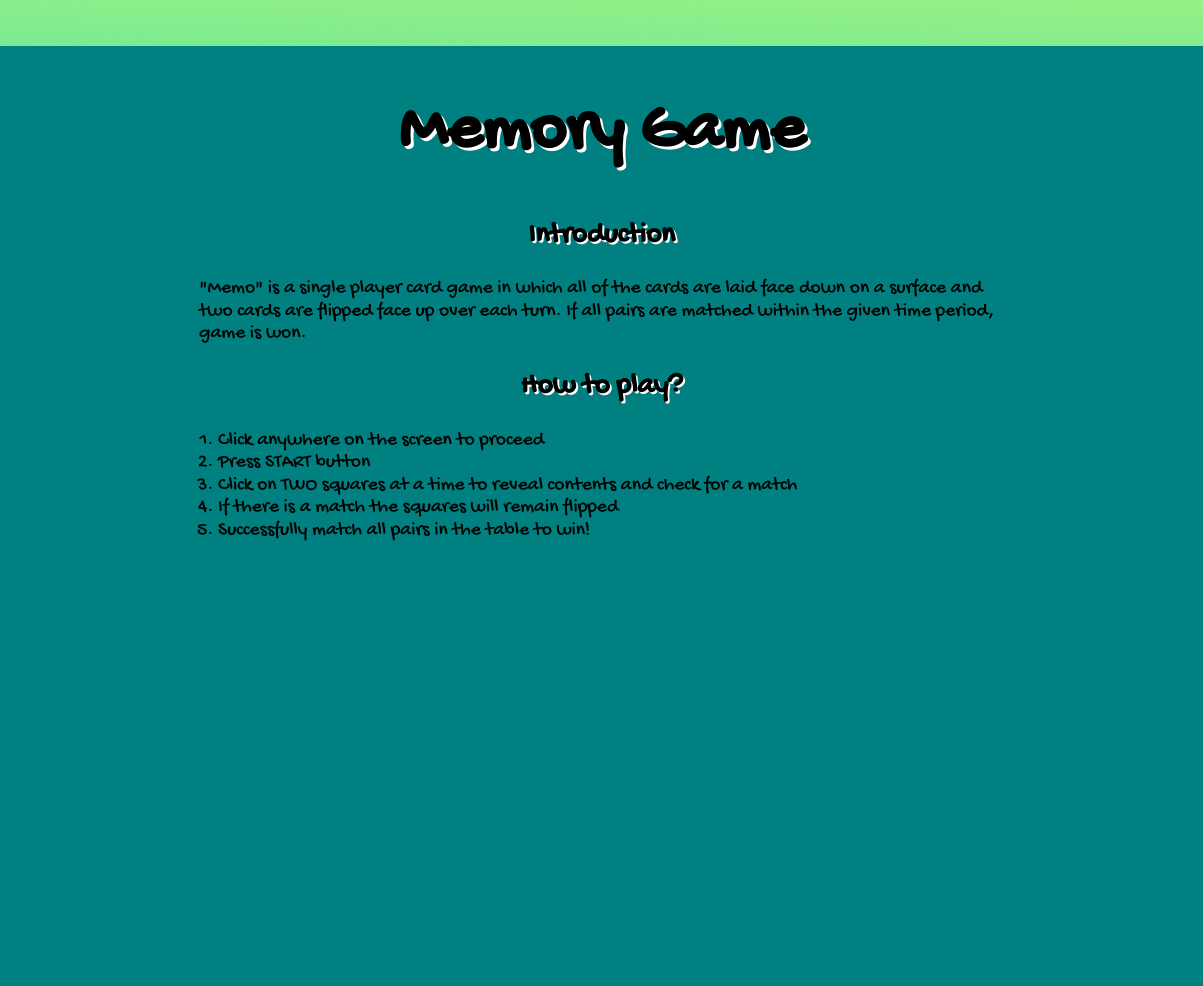
Repository: lauramika/Memory-Game
Page: index.html
The author's editor kept a record of every edit. The page is drawn from the files as they stood at one moment, then again after the next edit.
The browser window is 1280 px wide. The pictures show the whole page, at 94% of full size.

Above is the page before.

### index.html
<!DOCTYPE html>
<html lang = 'en'>
    <head>
        <meta name="viewport" content="width=device-width, initial-scale=1.0">
        <link rel="stylesheet" href="style.css" type="text/css" />
        <title>Memory Game</title>
    </head>
    <body>
        <!--overlay actice when program is loaded,by clicking anywhere on the screen, overlay is hidden-->
         <div id="overlay" onclick="off()">
            <!--Main heading, title-->
            <h1 class="title-game">Memory Game</h1>
            <!--Intro what this game is about-->
            <div id="intro">
                <h2>Introduction</h2>
                    <p>"Memo" is a single player card game in which all of the cards are
                    laid face down on a surface and two cards are flipped face up over
                    each turn. If all pairs are matched within the given time
                    period, game is won.</p>
            </div>
            <!--explanation how to play the game-->
            <div class="how-to-play">
                <h2>How to play?</h2>
                  <ol>
                    <li>Click anywhere on the screen to proceed</li>
                    <li>Press START button</li>
                    <li>Click on TWO squares at a time to reveal contents and check for a match</li>
                    <li>If there is a match the squares will remain flipped </li>
                    <li>Successfully match all pairs in the table to win!</li>
                  </ol>
              </div>
          </div>
          <h1 class="title-game">Memo</h1>
          <!--start, reset and quit buttons-->
        <div class="buttons">
            <button class="start" onclick="shuffle()">Start</button>
            <button class="reset">Reset</button>
            <button class="quit">Quit</button>
        </div>
        <!--Main container that holds all the cards-->
        <div class="main-container">
            <div class= "rules-container">
                <div class="level-container">
                    Flips: <span id="flips">0</span>
                </div>
                <div class="time-container">
                    Time: <span id="time-left">60</span>
                </div>
            </div>
            <!--Cards-->
            <div class="cards">
                <div class="front-face">
                    <img src="images/camera.png">
                </div>
                 <div class="back-face">
                   <img src="images/question.jpg">
                </div>
            </div>

            <div class="cards">
                <div class="front-face">
                    <img src="images/camera.png">
                </div>
                 <div class="back-face">
                   <img src="images/question.jpg">
                </div>
            </div>

            <div class="cards">
                <div class="front-face">
                    <img src="images/bomb.png">
                </div>
                 <div class="back-face">
                   <img src="images/question.jpg">
                </div>
            </div>

            <div class="cards">
                <div class="front-face">
                    <img src="images/bomb.png">
                </div>
                 <div class="back-face">
                   <img src="images/question.jpg">
                </div>
            </div>

            <div class="cards">
                <div class="front-face">
                    <img src="images/garfield.jpg">
                </div>
                 <div class="back-face">
                   <img src="images/question.jpg">
                </div>
            </div>

            <div class="cards">
                <div class="front-face">
                    <img src="images/garfield.jpg">
                </div>
                 <div class="back-face">
                   <img src="images/question.jpg">
                </div>
            </div>

            <div class="cards">
                <div class="front-face">
                    <img src="images/ladybug.jpg">
                </div>
                 <div class="back-face">
                   <img src="images/question.jpg">
                </div>
            </div>

            <div class="cards">
                <div class="front-face">
                    <img src="images/ladybug.jpg">
                </div>
                 <div class="back-face">
                   <img src="images/question.jpg">
                </div>
            </div>

            <div class="cards">
                <div class="front-face">
                    <img src="images/puppy.jpg">
                </div>
                 <div class="back-face">
                   <img src="images/question.jpg">
                </div>
            </div>

            <div class="cards">
                <div class="front-face">
                    <img src="images/puppy.jpg">
                </div>
                 <div class="back-face">
                   <img src="images/question.jpg">
                </div>
            </div>

            <div class="cards">
                <div class="front-face">
                    <img src="images/star.jpg">
                </div>
                 <div class="back-face">
                   <img src="images/question.jpg">
                </div>
            </div>

            <div class="cards">
                <div class="front-face">
                    <img src="images/star.jpg">
                </div>
                 <div class="back-face">
                   <img src="images/question.jpg">
                </div>
            </div>

            <div class="cards">
                <div class="front-face">
                    <img src="images/frog.jpg">
                </div>
                 <div class="back-face">
                   <img src="images/question.jpg">
                </div>
            </div>

            <div class="cards">
                <div class="front-face">
                    <img src="images/frog.jpg">
                </div>
                 <div class="back-face">
                   <img src="images/question.jpg">
                </div>
            </div>
            <div class="cards">

                <div class="front-face">
                    <img src="images/bananas.jpg">
                </div>
                 <div class="back-face">
                   <img src="images/question.jpg">
                </div>
            </div>

            <div class="cards">
                <div class="front-face">
                    <img src="images/bananas.jpg">
                </div>
                 <div class="back-face">
                   <img src="images/question.jpg">
                </div>
            </div>
        </div>
        <script type="text/javascript" src="script.js"></script>
    </body>
</html>

### style.css
/*import google font*/
@import url('https://fonts.googleapis.com/css?family=Gochi+Hand&display=swap');
* {
    box-sizing: border-box;
}
html {
    min-height: 100vh;
}
body {
    margin: 0;
     background-image: url("images/paw-print-941498_1920.jpg");
    font-family: 'Gochi Hand', cursive;
    color: black;
    font-size: 1.3em;

}
h1 {
    text-shadow: 3px 3px white;
}
h2 {
    text-align: center;
    text-shadow: 2px 2px white;
}
p, .times {
    margin: 20px;
}
#intro, .how-to-play{
    margin: auto;
    width: 70%;
}
.title-game {
    color:black;
    text-align: center;
    font-size: 3.5em;
}

.rules-container {
    grid-column: 1 / -1;
    display: flex;
    justify-content: space-between;
}
/*container that holds all the cards*/
.main-container {
    display: grid;
    grid-template-columns: repeat(4, auto);
    grid-gap: 8px;
    justify-content: center;
    margin-bottom: 100px;
    color: black;
    text-shadow: 2px 2px white;
    font-size: 2.1em;

}
/*card styles*/
.cards {
    background-color: white;
    height: 115px;
    width: 115px;
    border-radius: 15px;
    transition: transform .2s;
    border: 1px solid gray;
    position: relative;
    transform-style: preserve-3d;

}
/**************flipping of cards************/
.front-face {
    backface-visibility: hidden;
     transform: rotateY(180deg);
}
.back-face {
    backface-visibility: hidden;
}
.cards:hover {
    transform: scale(1.05);
    transform: rotateY(180deg);
    transition: ease .6s;
}
/*image sizes in desktop view*/
img {
    height: 111px;
    width: 111px;
    border-radius: 15px;
}
/*positioning of images absolute to their parent div*/
.front-face, .back-face {
    position: absolute;
}
.buttons {
    text-align: center;
}
/*start, reset and quit button styles*/
button {
    font-family: 'Gochi Hand', cursive;
    width: 100px;
    font-size: 1em;
    letter-spacing: 2px;
    color: black;
    font-weight: bold;
    text-transform: uppercase;
    background: rgb(199,1,30);
    text-shadow: 1px 1px white;
    padding: 5px 10px;
    border-radius: 30px;
    border: none;
    margin: 5px;
}
button:hover {
   transform: scale(1.1);
   box-shadow: 3px 3px white;
   opacity: 0.9;
}
#overlay {
  height: 1000px;
  display: visible;
  background-color: teal;
  z-index: 10;
  cursor: pointer;
  position: absolute;
}
/****************************TABLET************************/
@media screen and (max-width: 800px) {
  .cards{
      height: 95px;
      width: 95px;
  }
  img {
      height: 91px;
      width: 91px;
  }
  .main-container {
      grid-gap: 4px;
  }
  .title-game {
      font-size: 2.5em;
  }
  .main-container {
      font-size: 1.6em;
  }
  #intro, .how-to-play {
    width: 90%;
  }
}
 /************************PHONE***************************/
@media screen and (max-width: 480px) {
  .cards{
      height: 70px;
      width: 70px;
  }
  img {
      height: 66px;
      width: 66px;
  }
  .main-container {
      grid-gap: 1px;
  }
  .title-game {
      font-size: 2em;
  }
  .main-container {
      font-size: 1.2em;
  }
  button {
    width: 80px;
    font-size: 1em;
    }
  #intro, .how-to-play {
     width: 95%;
    }
}

### script.js
//to shuffle cards when new game starts
/*function shuffle() {

  var tiles = Array.from(document.getElementsByClassName("cards"));
  var current = tiles.length;
  var index, temp;

  while (current > 0) {
    index = Math.floor(Math.random() * current);
    current--;

    temp = tiles[current];
    tiles[current] = tiles[index];
    tiles[index] = temp;
  }
   document.getElementsByClassName("cards") = tiles.innerHTML;


}*/

//removes overlay div by clicking anywhere on the screen
function off() {
  document.getElementById("overlay").style.display = "none";
}

After the next edit:
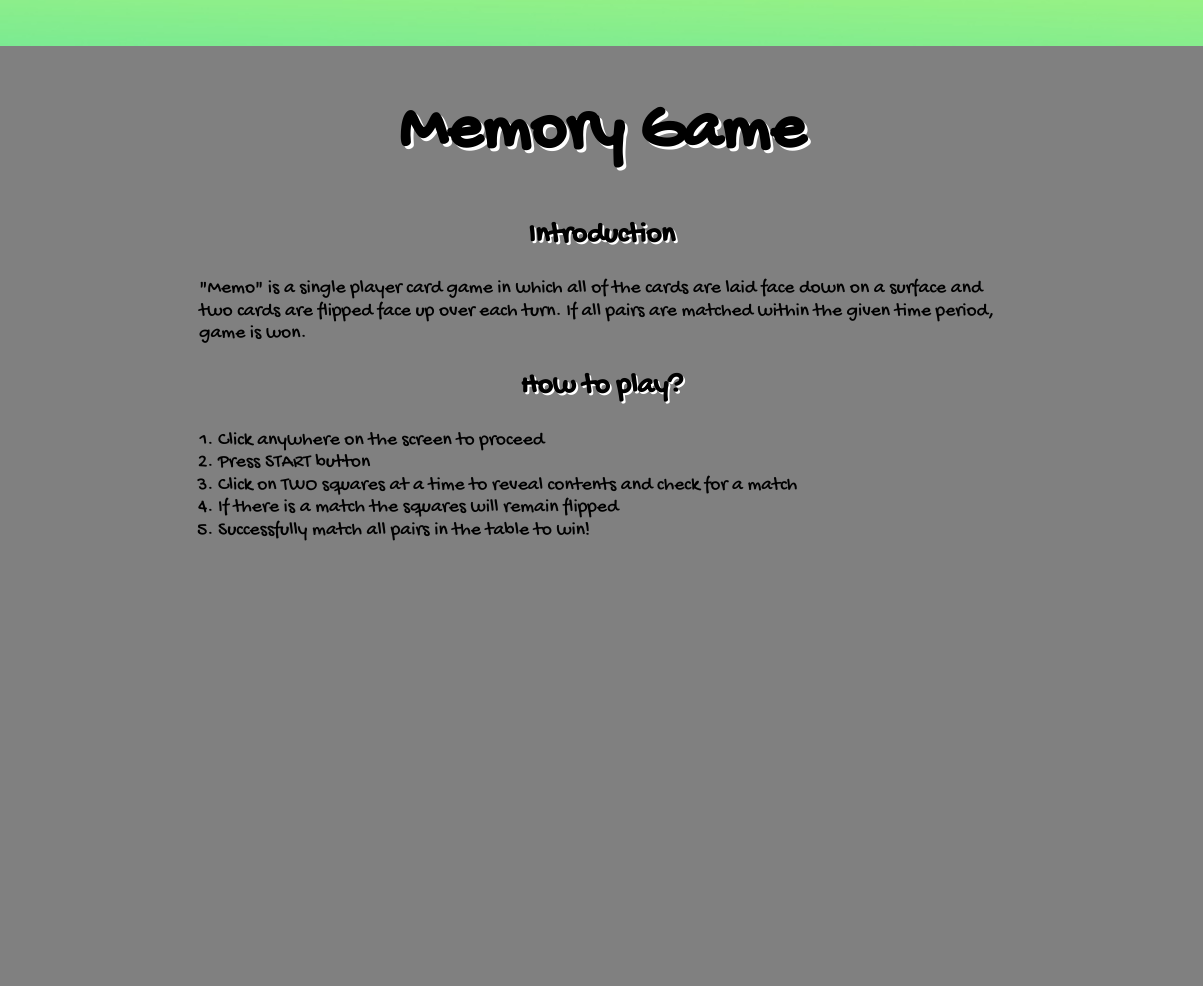
The edit:
--- a/style.css
+++ b/style.css
@@ -113,7 +113,7 @@
 #overlay {
   height: 1000px;
   display: visible;
-  background-color: teal;
+  background-color: gray;
   z-index: 10;
   cursor: pointer;
   position: absolute;
